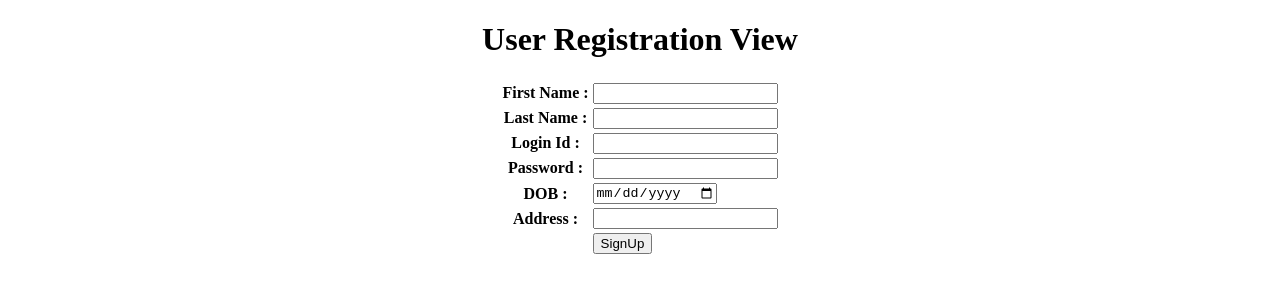
Repository: HimanshuJain1991/ProjectModuleUseCase
Page: http://localhost/Practice/UserRegistrationView.jsp
The author's editor kept a copy of each file at every save. The page is drawn from the files as they stood at one save, then again after the next save.
The browser window is 1280 px wide. The pictures show the whole page.
The page is served by Tomcat 9.

Above is the page before, as saved 2024-02-27 11:13:04.

After the next save:
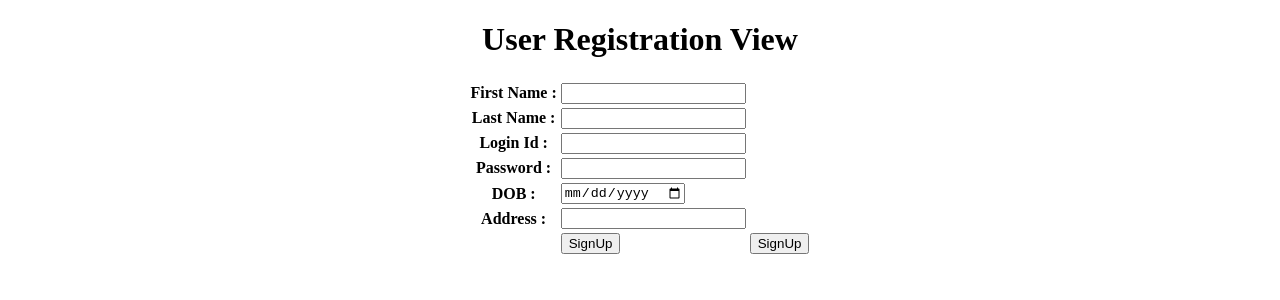
Saved 18 s later.
--- a/Practice/src/main/webapp/UserRegistrationView.jsp
+++ b/Practice/src/main/webapp/UserRegistrationView.jsp
@@ -48,6 +48,8 @@
 			<tr>
 				<th></th>
 				<td><button type="submit" name="operation" >SignUp</button></td>
+				<td><button type="submit" name="operation" >SignUp</button></td>
+
 
 			</tr>
 

After the save that followed:
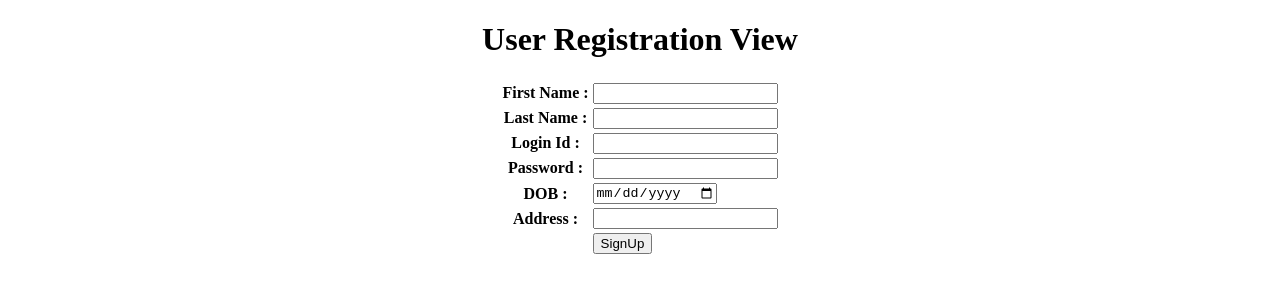
Saved 13 s later.
--- a/Practice/src/main/webapp/UserRegistrationView.jsp
+++ b/Practice/src/main/webapp/UserRegistrationView.jsp
@@ -48,7 +48,7 @@
 			<tr>
 				<th></th>
 				<td><button type="submit" name="operation" >SignUp</button></td>
-				<td><button type="submit" name="operation" >SignUp</button></td>
+
 
 
 			</tr>
